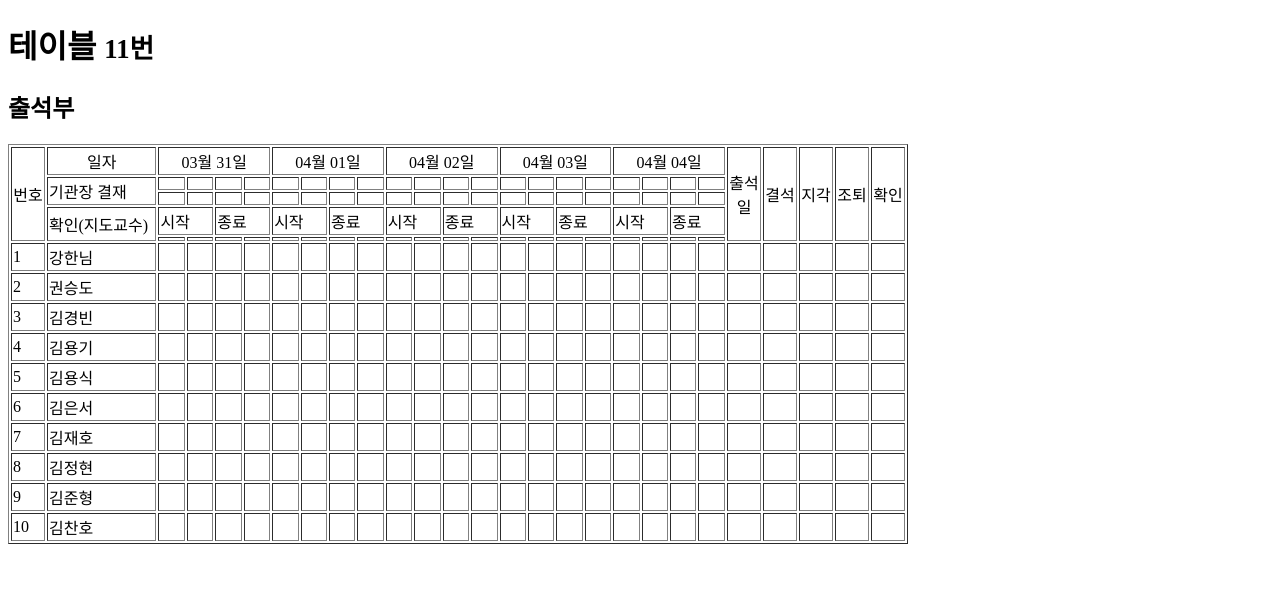
Repository: kmd192kmd/Web
Page: html/HtmlTest/src/main/webapp/ex16_table.html
The author's editor kept a copy of each file at every save. The page is drawn from the files as they stood at one save, then again after the next save.
The browser window is 1280 px wide. The pictures show the whole page.

Above is the page before, as saved 2026-02-13 07:21:28.

After the next save:
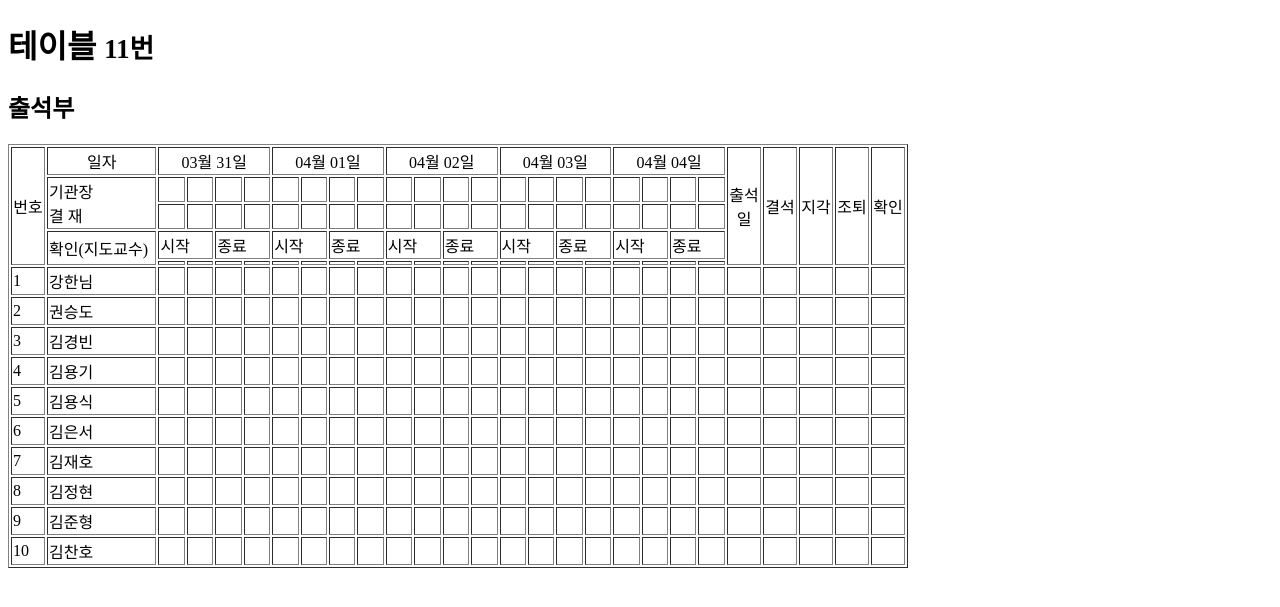
Saved 76 s later.
--- a/html/HtmlTest/src/main/webapp/ex16_table.html
+++ b/html/HtmlTest/src/main/webapp/ex16_table.html
@@ -55,7 +55,7 @@
 			<td rowspan="5" width="30" align="center">확인</td>
 		</tr>
 		<tr>
-			<td colspan="4" rowspan="2">기관장 결재</td>
+			<td colspan="4" rowspan="2">기관장<br>결 재</td>
 			<td></td>
 			<td></td>
 			<td></td>
